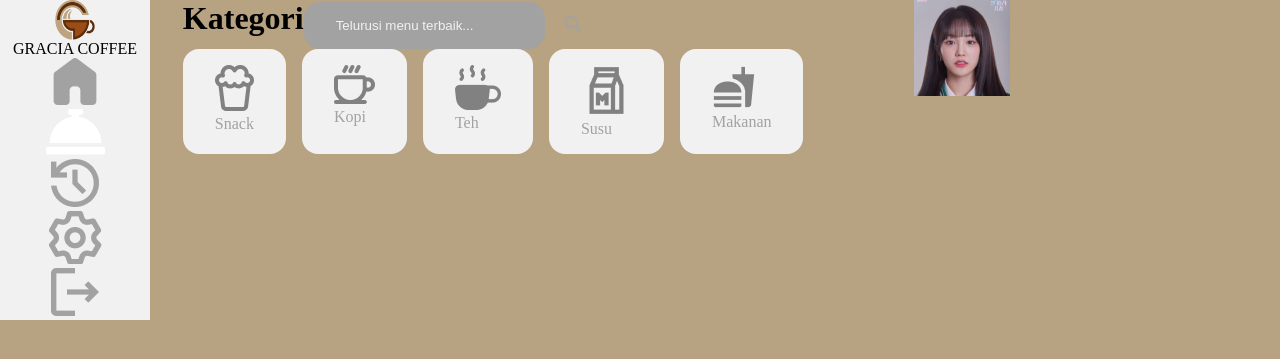
Repository: DanielChuaaa/sbd2
Page: index.html
An editor plug-in stored every save of this project. The page is shown before and after the next save, followed by the edit.
The browser window is 1280 px wide. The pictures show the whole page.
Some web libraries are served in a nearby version.

Above is the page before, as saved 2023-10-20 11:03:11.

### index.html
<!DOCTYPE html>
<html lang="en">
<head>
    <meta charset="UTF-8">
    <meta name="viewport" content="width=device-width, initial-scale=1.0">
    <title>Document</title>
    <link href="https://fonts.googleapis.com/css2?family=Roboto+Mono:wght@400;600;700&display=swap" rel="stylesheet" />
    <link
      rel="stylesheet"
      href="https://cdnjs.cloudflare.com/ajax/libs/font-awesome/6.1.2/css/all.min.css"
      integrity="sha512-1sCRPdkRXhBV2PBLUdRb4tMg1w2YPf37qatUFeS7zlBy7jJI8Lf4VHwWfZZfpXtYSLy85pkm9GaYVYMfw5BC1A=="
      crossorigin="anonymous"
      referrerpolicy="no-referrer"
    />
    <link rel="stylesheet" href="style.css">
</head>
<body>
    <div class="container">
        <div class="grid-wrapper">
            <div class="icon">
                <img src="/assets/logo projek SBD 1.png" width="40px" height="40px" alt="logo">
                <p>GRACIA COFFEE</p>
                <a href="#"><img src="./assets/home.png" alt="home"></a>
                <a href="#"><img src="./assets/menu.png" alt="menu"></a>
                <a href="#"><img src="./assets/history.png" alt="history"></a>
                <a href="#"><img src="./assets/setting.png" alt="setting"></a>

                <a href="#"><img src="./assets/logout.png" alt="logout"></a>
            </div>

            <div class="content">
                <div class="nav">
                    <h1>Kategori</h1>
                    <div class="inputWrapper">
                        <input type="text" name="text" id="text" class="input" placeholder="Telurusi menu terbaik...">
                        <i class="fa-solid fa-magnifying-glass"></i>
                    </div>
                </div>

                <div class="menu">
                    <div class="iconMenu"><a href="#"><img src="./assets/popcorn.png" alt="popcorn"></a>
                        <p>Snack</p>
                    </div>
                    <div class="iconMenu"><a href="#"><img src="./assets/kopi.png" alt="kopi"></a>
                        <p>Kopi</p>
                    </div>
                    <div class="iconMenu"><a href="#"><img src="./assets/teh.png" alt="teh"></a>
                        <p>Teh</p>
                    </div>
                    <div class="iconMenu"><a href="#"><img src="./assets/susu.png" alt="susu"></a>
                        <p>Susu</p>
                    </div>
                    <div class="iconMenu"><a href="#"><img src="./assets/makanan.png" alt="makanan"></a>
                        <p>Makanan</p>
                    </div>
                </div>

                <div class="orderMenu">
                    <div class="menu1"></div>
                    <div class="menu2"></div>
                </div>
            </div>

            <div class="order">
                <img src="/assets/g_8___8_idola_cantik_berbakat_alumni_sm_entertainment_yang_sudah_debut_di_girlgroup_agensi_lain_p_eks_sm_trainee-20220408-001-non_fotografer_kly 1.png" alt="">
            </div>
        </div>
    </div>
</body>
</html>

### style.css
:root{
    --clr-primary-100: #B7A281;

    --clr-neutral-100: #818181;
    --clr-neutral-200: #A2A2A2;
    --clr-neutral-300: #D9D9D9;
    --clr-neutral-400: #F8F8F8;
    --clr-neutral-500:  #f1f1f1;

    --ff: "Roboto Mono", monospace;

    --fw-regular: 400;
    --fw-semi-bold: 600;
    --fw-bold: 700;
}

*{
    box-sizing: border-box;
    margin: 0;
    padding: 0;
}

body{
    background-color: #B7A281;
}

.grid-wrapper{
    display: grid;
    grid-template-columns: 0.5fr 2fr 1fr;
}

.icon{
    background: var(--clr-neutral-500);

    display: flex;
    flex-direction: column;

    align-items: center;
    max-width: 150px;
}

.fa-solid{
    color: var(--clr-neutral-200);
    padding: 1rem;
}


/* content */

.nav{
    display: flex;

}

.input{
    background: var(--clr-neutral-200);

    border: none;
    padding: 1rem 2rem;
    border-radius: 1rem;

}

::placeholder{
    color: var(--clr-neutral-500);
}

.menu{
    display: flex;
    gap: 1rem;
}

.iconMenu{
    background: var(--clr-neutral-500);

    padding: 1rem 2rem;
    border-radius: 1rem;
}

.iconMenu p{
    color: var(--clr-neutral-200);
}

After the next save:
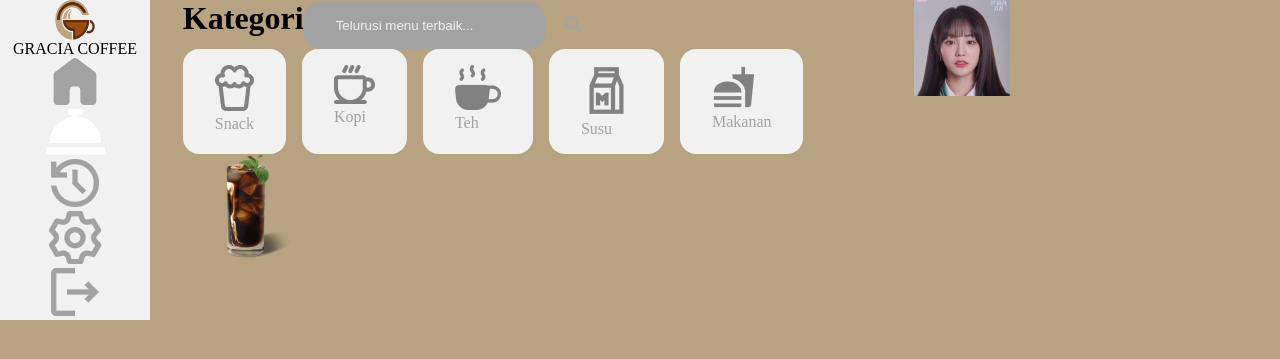
Saved 32 s later.
--- a/index.html
+++ b/index.html
@@ -56,7 +56,9 @@
                 </div>
 
                 <div class="orderMenu">
-                    <div class="menu1"></div>
+                    <div class="menu1">
+                        <img src="./assets/10032021_Vietnamese_LS-min 1.png" alt="">
+                    </div>
                     <div class="menu2"></div>
                 </div>
             </div>
